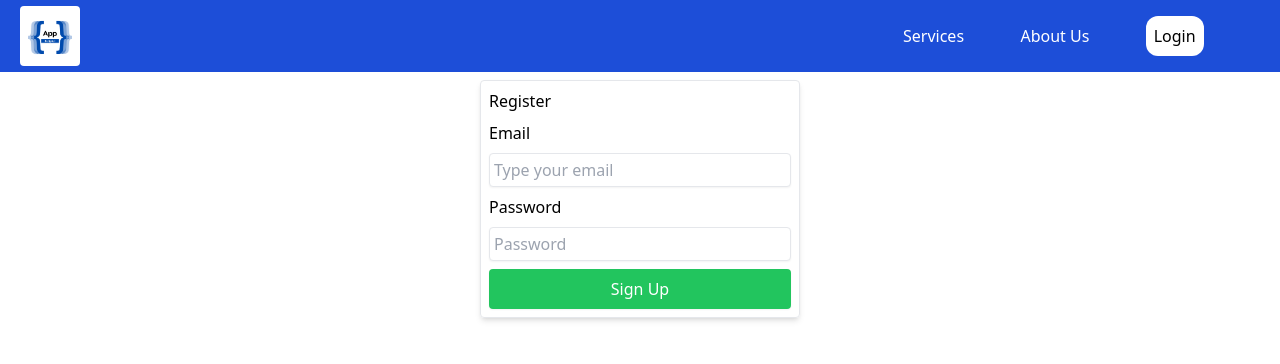
Repository: Cotizacionact/appscriptersvelte
Page: /Auth
The author's editor kept a copy of each file at every save. The page is drawn from the files as they stood at one save, then again after a run of saves.
The browser window is 1280 px wide. The pictures show the whole page.
The page's requests for data from a server got no answer. The project was rebuilt for these pictures with package versions that can differ from the ones it lists, and the page was loaded fresh each time. The framework's server and built-in components were replaced by stand-ins that run in the browser. No one was signed in, and anything a server would have sent is missing. Also part of the build but not shown: svelte.config.js, vite.config.ts.

Above is the page before, as saved 2023-08-20 02:16:49.

### src/routes/+layout.svelte
<script>
	import PublicNav from "$lib/Public/Navegation/PublicNav.svelte";
    import "../app.css";
</script>
<PublicNav></PublicNav>
  <slot />

### src/routes/Auth/+page.svelte
<script lang="ts">
	import Register from "./register.svelte";
    import type {Component} from "$lib"

    let state:number = 0

    let StateHandler:{[key:number]:Component} = {
        0:Register
    }
</script>

<svelte:component this={StateHandler[state]}></svelte:component>

### src/routes/Auth/+page.server.ts
import { supabase } from "../../supabaseClient";
import { fail, redirect, type Actions } from "@sveltejs/kit";
import { AuthApiError } from "@supabase/supabase-js";




export const actions: Actions = {
    register:async ({request,locals})=>{
        const body = Object.fromEntries(await request.formData())
        const {data,error:err} = await supabase.auth.signUp({
            email:body.email as string,
            password:body.password as string
        })

        if(err){
            if(err instanceof AuthApiError && err.status === 400){
                return fail(400,{
                    error:"Invalid email or password"
                })
            }
            return fail(500, {error:"Server error. Please try again later."})
        }
        throw redirect(303, "/Private")
    }
};

### src/lib/Public/Navegation/PublicNav.svelte
<script>
    let show = false

</script>

<header class="w-full flex items-center justify-between bg-[#1d4ed8] p-5 h-[10vh]">
    <img src="/Images/Logo_Original.png" width={60} class="rounded bg-white p-2" alt="Logo"/>
    <div class=" hidden sm:flex w-1/3 justify-evenly text-white items-center">
        <p>Services</p>
        <p>About Us</p>
        <p class="bg-white text-black p-2 rounded-xl">Login</p>
    </div>
    <div class="space-y-2 border p-2 rounded sm:hidden">
      <div class="w-8 h-1 bg-white"></div>
      <div class="w-8 h-1 bg-white"></div>
      <div class="w-8 h-1 bg-white"></div>
    </div>
    {#if show=== true}
    <div class="absolute w-1/3 bg-white border right-0 bottom-[-100%] rounded p-2">
      <p class="border-b text-center hover:bg-gray-200 hover:rounded">Services</p>
      <p class="border-b text-center hover:bg-gray-200 hover:rounded">About Us</p>
      <p class="text-center bg-green-500 hover:bg-green-700 rounded font-bold text-white">Login</p>
    </div>
   {/if}
</header>

### src/routes/Auth/register.svelte
<script lang="ts">

</script>

<main class="flex justify-center">
    <form action="?/register" method="POST" class="shadow-md flex flex-col md:w-1/4 border rounded my-2 p-2 space-y-2">
        <h1>Register</h1>
        <label for="email">Email</label>
        <input class="shadow-sm rounded border p-1"  type="text" name="email" id="email" placeholder="Type your email"/>
        <label for="password">Password</label>
        <input class="shadow-sm rounded border p-1" type="password" name="password" id="password" placeholder="Password"/>
        <button class="shadow-sm hover:shadow-md active:shadow-lg bg-green-500 text-white p-2 rounded hover:bg-green-700 active:bg-green-900">Sign Up</button>
    </form>
</main>

### src/supabaseClient.ts

import { PUBLIC_SUPABASE_ANON_KEY, PUBLIC_SUPABASE_URL } from '$env/static/public'
import { createClient } from '@supabase/supabase-js'

// Create a single supabase client for interacting with your database
export const supabase = createClient(PUBLIC_SUPABASE_URL, PUBLIC_SUPABASE_ANON_KEY)

Loaded but not shown: src/app.html (common file); src/app.css (common file); tailwind.config.js (common file)

After the next 2 saves:
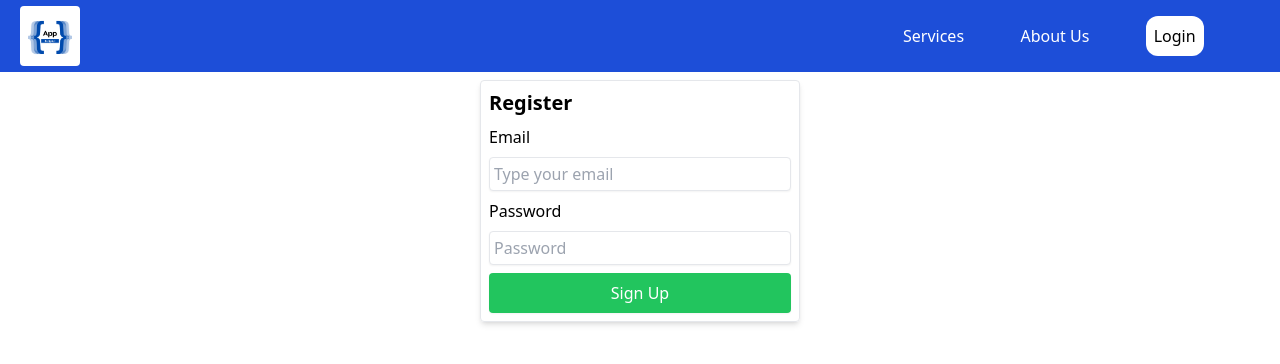
The 2 saves are shown as one change because they came seconds apart.
The last was saved 13 s later.
--- a/src/routes/Auth/register.svelte
+++ b/src/routes/Auth/register.svelte
@@ -4,7 +4,7 @@
 
 <main class="flex justify-center">
     <form action="?/register" method="POST" class="shadow-md flex flex-col md:w-1/4 border rounded my-2 p-2 space-y-2">
-        <h1>Register</h1>
+        <h1 class="font-bold text-xl">Register</h1>
         <label for="email">Email</label>
         <input class="shadow-sm rounded border p-1"  type="text" name="email" id="email" placeholder="Type your email"/>
         <label for="password">Password</label>
